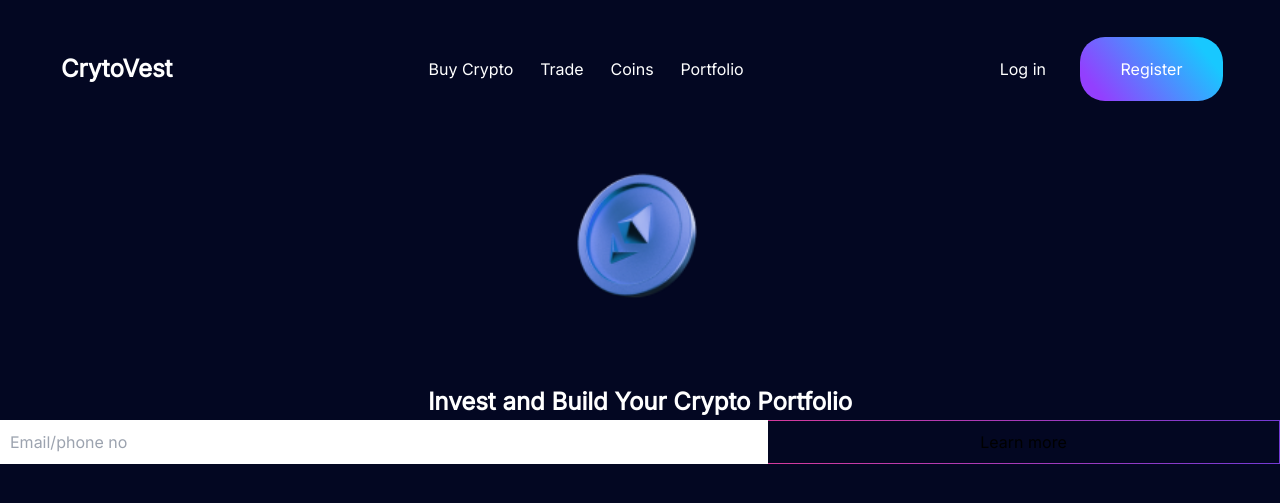
Repository: Eugene44-hub/cryptovest
Page: /
The author's editor kept a copy of each file at every save. The page is drawn from the files as they stood at one save, then again after the next save.
The browser window is 1280 px wide. The pictures show the whole page.
The project was rebuilt for these pictures with package versions that can differ from the ones it lists, and the page was loaded fresh each time. Also part of the build but not shown: vite.config.ts.

Above is the page before, as saved 2022-07-15 17:35:56.

### src/App.tsx
import Home from "./pages/home/Home"

function App() {

  return (
    <div className="App">
      <Home/>

    </div>
  )
}

export default App

### src/index.css
@import url('https://fonts.googleapis.com/css2?family=Inter&display=swap');
@tailwind base;
@tailwind components;
@tailwind utilities;
body {
    margin: 0;
    font-family: 'Inter', sans-serif;
    -webkit-font-smoothing: antialiased;
    -moz-osx-font-smoothing: grayscale;
    padding: 0;
    background-color: rgba(3, 7, 34, 1);
}

code {
    font-family: source-code-pro, Menlo, Monaco, Consolas, 'Courier New', monospace;
}

.container {
    max-width: 1440px;
    margin: 0 auto;
}

### src/pages/home/Home.tsx
import React from 'react'
import Hero from '../../components/hero/Hero'
import Nav from '../../components/nav/Nav'

const Home = () => {
  return (
    <div>
      <Nav/>
      <Hero/>
    </div>
  )
}

export default Home

### src/components/hero/Hero.tsx
import React from 'react'
import etherum from "../../assets/images/hero/EtheriumCoin.png"
import bitcoin from "../../assets/images/hero/Bitcoin.png"
import monero from "../../assets/images/hero/Monero.png"
import liteCoin from "../../assets/images/hero/LiteCoin.png"
import styles from "./Hero.module.scss"
const Hero = () => {
  return (
    <section>
      <article className={`${styles.container} container`}>

      <img src={etherum} className="m-auto w-[20%] mt-[10px]" alt="etherum" />

        <div className='mt-[17px]'>
          <header className={`${styles.header} text-white text-center`}>
          Invest and Build Your Crypto Portfolio
          </header>
          <div className=' flex rounded-[25px]'>
          <input  type="text" className='p-[10px] w-[60%]' placeholder='Email/phone no' />
<button className={`flex-1  ${styles.inputBtn}`}>
  Learn more
</button>
          </div>
        </div>

      </article>
    </section>
  )
}

export default Hero

### src/components/nav/Nav.tsx
import React from 'react'
import styles from "./Nav.module.scss"
const navItems = ["Buy Crypto", "Trade", "Coins", "Portfolio"]
import { AiOutlineMenu } from "react-icons/ai"

const Nav = () => {
  return (
    <nav className='pt-[37px]'>
      <div className='container  px-[24px] md:pl-[61px] md:pr-[57px] text-white'>
        <div className='flex justify-between items-center'>
          <span className={`font-[700] ${styles.banner}`}>
            CrytoVest
          </span>
          <div className='hidden lg:flex justify-between items-center flex-1'>
            <ul className='flex font-[500] m-auto lg:w-[50%] xl:w-[30%]  justify-between'>
              {navItems.map((item, index) => (<li key={index}>{item}</li>))}
            </ul>
            <div className='font-[500]'>
              <button className='mr-[34px]'>
                Log in
              </button>
              <button className={`${styles.btn} w-[143px]`}>
                Register
              </button>
            </div>
          </div>
          <AiOutlineMenu color="white" size={24} className="font-bold lg:hidden" />
        </div>


      </div>
    </nav>
  )
}

export default Nav

### src/components/hero/Hero.module.scss
@import "../../sass";
.container {
    .header {
        font-weight: 900;
        font-size: 24px;
    }
    .inputBtn {
        border-width: 1px 1px 1px 0;
        border-style: solid;
        border-image: linear-gradient(to left, #743ad5, #d53a9d) 1;
    }
}

### src/components/nav/Nav.module.scss
@import "../../sass/index.scss";
.banner {
    font-size: rem(24);
}

.btn {
    @include setBtn($gradient1);
}

### src/sass/index.scss
@import "./config";

### src/sass/config/_index.scss
@import "variables";
@import "utilities";
@import "mixins&funcs";

### src/sass/config/_variables.scss
$gradient1:linear-gradient(231.7deg, #18C8FF 15.39%, #933FFE 87.39%);
$gradient: linear-gradient(180.01deg, rgba(245, 245, 245, 0.53) 0.39%, rgba(205, 96, 188, 0.5) 24.76%, rgba(56, 77, 130, 0.26) 63.89%, rgba(105, 30, 226, 0.03) 92.45%);
$bgColor:rgba(3, 7, 34, 1);
$purple1:rgba(185, 130, 255, 1);
$purple1:rgba(132, 112, 255, 1);
$grey1:rgba(255, 255, 255, 1);

### src/sass/config/_utilities.scss
/*
➡️ 0px -480px -  Smaller Smartphones

➡️ 481px -768px  - Tablets & larger smartphones

➡️ 769px -1279px  -  Laptops, larger tablets
in landscape, and small desktops

➡️ 1280px+ - Larger desktops and monitors
*/

%btn {
    border-radius: 25px;
    padding: 20px 0;
}

### src/sass/config/_mixins&funcs.scss
@use "sass:math";
@function rem($px, $default:16) {
    @return (math.div($px, $default)*1rem);
}

@mixin devices($device) {
    @media screen and (max-width: $device) {
        @content;
    }
}

@mixin setBtn($bgColor) {
    background: $bgColor;
    color: white;
    @extend %btn
}

Loaded but not shown: index.html (common file); src/main.tsx (common file); tailwind.config.js (common file)

After the next save:
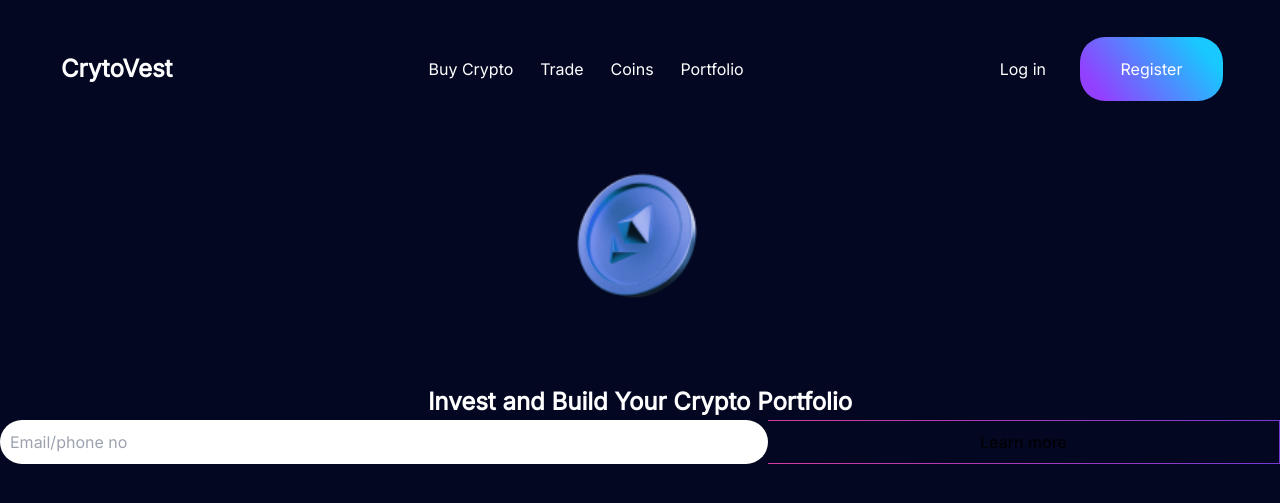
Saved 36 s later.
--- a/src/components/hero/Hero.tsx
+++ b/src/components/hero/Hero.tsx
@@ -16,7 +16,7 @@
           Invest and Build Your Crypto Portfolio
           </header>
           <div className=' flex rounded-[25px]'>
-          <input  type="text" className='p-[10px] w-[60%]' placeholder='Email/phone no' />
+          <input  type="text" className='p-[10px] rounded-[25px] w-[60%]' placeholder='Email/phone no' />
 <button className={`flex-1  ${styles.inputBtn}`}>
   Learn more
 </button>

After the save that followed:
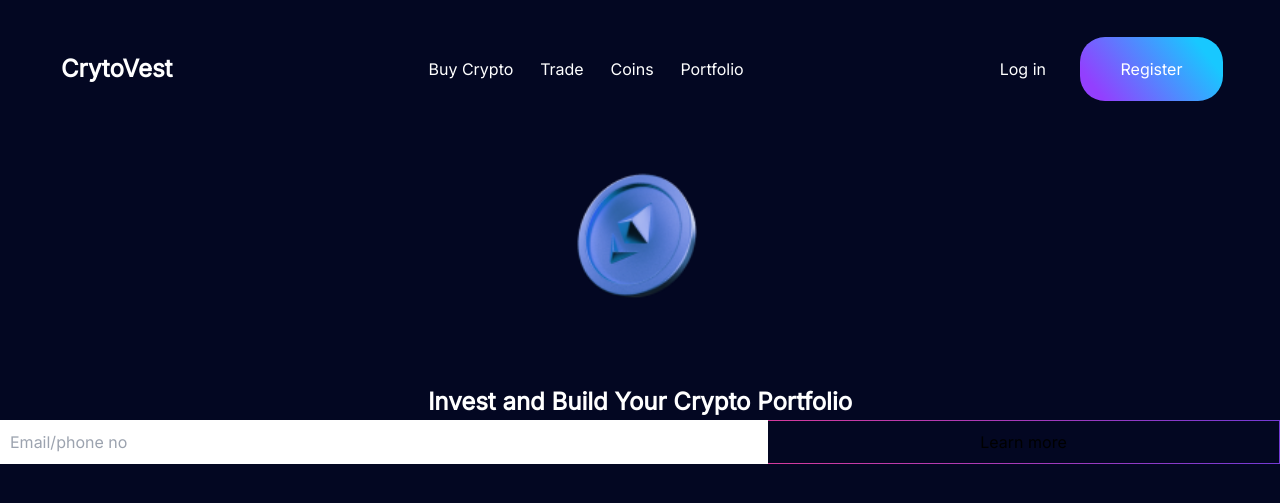
Saved 12 s later.
--- a/src/components/hero/Hero.tsx
+++ b/src/components/hero/Hero.tsx
@@ -16,7 +16,7 @@
           Invest and Build Your Crypto Portfolio
           </header>
           <div className=' flex rounded-[25px]'>
-          <input  type="text" className='p-[10px] rounded-[25px] w-[60%]' placeholder='Email/phone no' />
+          <input  type="text" className='p-[10px] w-[60%]' placeholder='Email/phone no' />
 <button className={`flex-1  ${styles.inputBtn}`}>
   Learn more
 </button>
